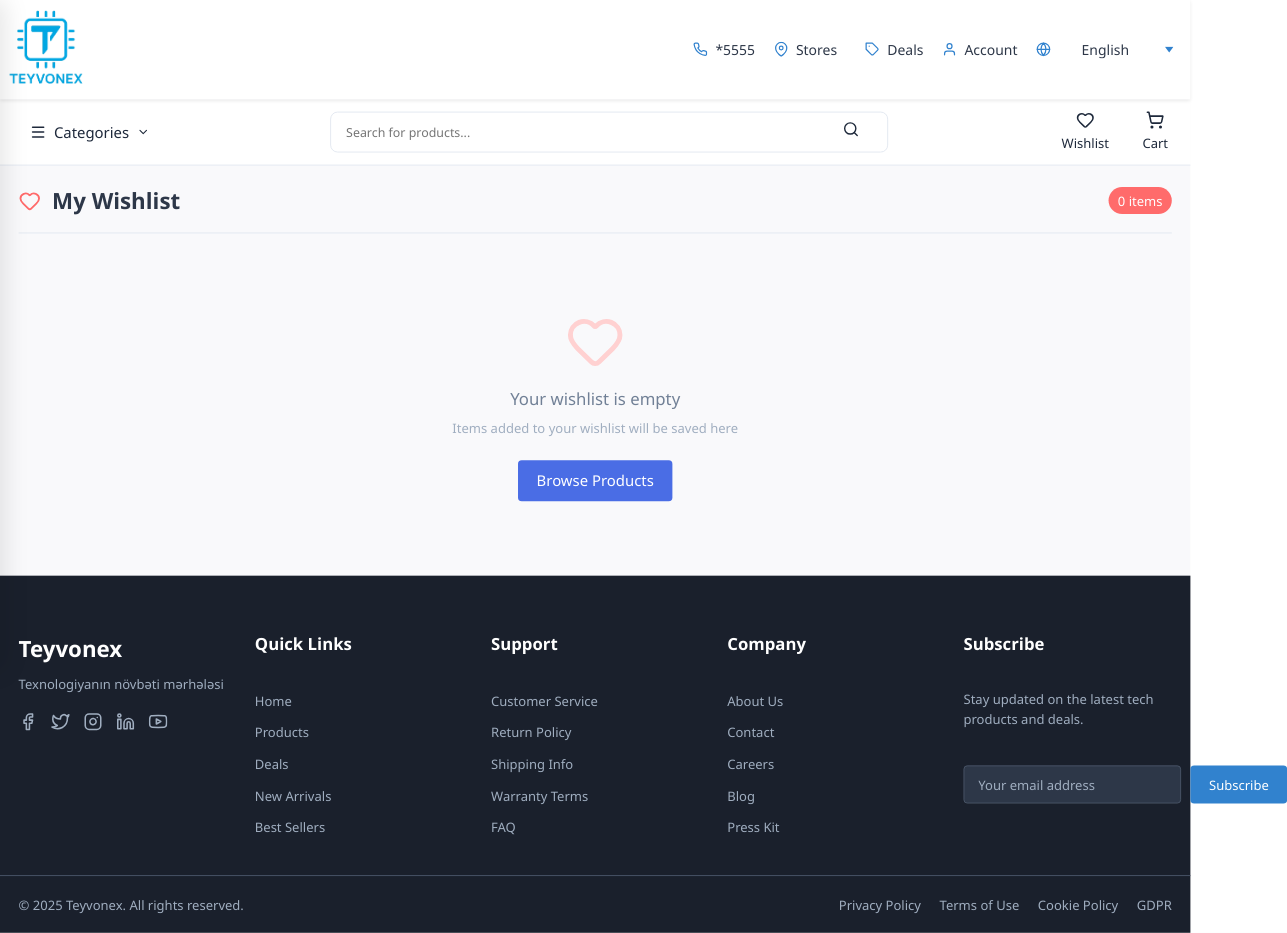
Repository: ferhadsultan98/e-commerce
Page: /wishlist
The author's editor kept a copy of each file at every save. The page is drawn from the files as they stood at one save, then again after a run of saves.
The browser window is 1280 px wide. The page is 1384 px wide, so the pictures cover 1384 px, including what lies to the right of the window. The pictures show the whole page, at 93% of full size.
The project was rebuilt for these pictures with package versions that can differ from the ones it lists, and the page was loaded fresh each time. Also part of the build but not shown: vite.config.js, src/admin/Components/AdminLogin/AdminLogin.scss, src/admin/Components/AdminLogin/AdminLogin.jsx, src/client/Pages/Products/ProductCard.jsx, src/client/Pages/Products/Products.jsx, src/client/Styles/TechSlider.scss, src/client/Pages/TechSlider/TechSlider.jsx, src/client/Styles/ProductFeatures.scss and 35 more.

Above is the page before, as saved 2025-04-26 20:02:25.

### index.html
<!doctype html>
<html lang="en">
  <head>
    <meta charset="UTF-8" />
<link rel="shortcut icon" href="/src/client/Assets/bluelogo.png" type="image/x-icon">
    <meta name="viewport" content="width=device-width, initial-scale=1.0" />
    <title>Teyvonex</title>
  </head>
  <body>
    <div id="root"></div>
    <script type="module" src="/src/main.jsx"></script>
  </body>
</html>

### src/App.jsx
import React, { useState, useEffect } from "react";
import "./App.scss";
import Router from "./Router";
import ChatWidget from "./client/Components/Chat/ChatWidget";
import ScrollButton from "./client/Components/ScrollButton/ScrollButton";
import { ToastContainer } from "react-toastify";
import 'react-toastify/dist/ReactToastify.css';

function App() {
  const [isAuthenticated, setIsAuthenticated] = useState(
    sessionStorage.getItem("isAuthenticated") === "true"
  );
  const [isAdmin, setIsAdmin] = useState(
    sessionStorage.getItem("isAdmin") === "true"
  );

  useEffect(() => {
    sessionStorage.setItem("isAuthenticated", isAuthenticated.toString());
    sessionStorage.setItem("isAdmin", isAdmin.toString());
  }, [isAuthenticated, isAdmin]);

  const handleLogin = (admin = false) => {
    setIsAuthenticated(true);
    if (admin) {
      setIsAdmin(true);
    }
  };

  const handleLogout = () => {
    setIsAuthenticated(false);
    setIsAdmin(false);
    sessionStorage.removeItem("isAuthenticated");
    sessionStorage.removeItem("isAdmin");
  };

  return (
    <>
      <Router
        isAuthenticated={isAuthenticated}
        isAdmin={isAdmin}
        handleLogin={handleLogin}
        handleLogout={handleLogout}
      />

      <ScrollButton />
      <ToastContainer />
    </>
  );
}

export default App;

### src/App.scss
*{
  margin: 0;
  padding: 0;
  box-sizing: border-box;
  font-family: 'Segoe UI', Tahoma, Geneva, Verdana, sans-serif;
}
body{
  background-color: #f5f7fa;
}

### src/client/Components/ScrollButton/ScrollButton.jsx
import React, { useState, useEffect } from "react";
import "../../Styles/ScrollButton.scss";
import { FaChevronUp } from "react-icons/fa";

const ScrollButton = () => {
  const [isVisible, setIsVisible] = useState(false);

  // Butonun görünürlüğünü kontrol et
  useEffect(() => {
    const toggleVisibility = () => {
      if (window.pageYOffset > 300) {
        setIsVisible(true);
      } else {
        setIsVisible(false);
      }
    };

    window.addEventListener("scroll", toggleVisibility);
    return () => window.removeEventListener("scroll", toggleVisibility);
  }, []);

  const scrollToTop = () => {
    const scrollStep = (timestamp) => {
      const start = performance.now();
      const duration = 800; // Animasyon süresi (ms)
      const easeInOutQuad = (t) => (t < 0.5 ? 2 * t * t : -1 + (4 - 2 * t) * t);

      const step = () => {
        const progress = Math.min((performance.now() - start) / duration, 1);
        const easing = easeInOutQuad(progress);
        window.scrollTo(0, (1 - easing) * window.pageYOffset);

        if (progress < 1) {
          requestAnimationFrame(step);
        }
      };

      requestAnimationFrame(step);
    };

    requestAnimationFrame(scrollStep);
  };

  return (
    <>
      {isVisible && (
        <button className="scroll-to-top" onClick={scrollToTop}>
          <FaChevronUp />
        </button>
      )}
    </>
  );
};

export default ScrollButton;

### src/client/Components/Layout/Layout.jsx
// Layout.jsx
import React from 'react';
import TopHeader from '../Header/TopHeader';
import BottomHeader from '../Header/BottomHeader';
import Footer from '../Footer/Footer';

const Layout = ({ children, onLogout, wishlistItems, cartItems, onAddToWishlist, onAddToCart }) => {
  return (
    <>
      <TopHeader onLogout={onLogout} />
      <BottomHeader
        wishlistItems={wishlistItems}
        cartItems={cartItems}
        onAddToWishlist={onAddToWishlist}
        onAddToCart={onAddToCart}
      />
      {children}
      <Footer />
    </>
  );
};

export default Layout;

### src/client/Pages/WishList/WishList.jsx
import React from "react";
import { ShoppingCart, Heart, Trash2, AlertCircle } from "lucide-react";
import { Link } from "react-router-dom";
import "../../Styles/WishList.scss";
import RelatedProducts from "../RelatedProducts/RelatedProducts";

const WishList = ({ wishlistItems = [], onRemoveFromWishlist, onAddToCart, onAddToWishlist, allProducts = [] }) => {
  return (
    <div className="wishlist">
      <div className="wishlist__header">
        <Heart size={24} />
        <h2 className="wishlist__title">My Wishlist</h2>
        <span className="wishlist__count">{wishlistItems.length} items</span>
      </div>

      {wishlistItems.length === 0 ? (
        <div className="wishlist__empty">
          <Heart size={64} />
          <p className="wishlist__empty-message">Your wishlist is empty</p>
          <p className="wishlist__empty-description">
            Items added to your wishlist will be saved here
          </p>
          <Link to="/products" className="wishlist__browse-products">
            Browse Products
          </Link>
        </div>
      ) : (
        <div className="wishlist__content">
          <div className="wishlist__grid">
            {wishlistItems.map((product) => (
              <div key={product.id} className="wishlist-item">
                <div className="wishlist-item__image-wrapper">
                  {product.discount > 0 && (
                    <div className="wishlist-item__discount">
                      -{product.discount}%
                    </div>
                  )}
                  <img
                    src={product.image}
                    alt={product.name}
                    className="wishlist-item__image"
                  />
                  <button
                    className="wishlist-item__remove"
                    onClick={() => onRemoveFromWishlist(product.id)}
                    aria-label="Remove from wishlist"
                  >
                    <Trash2 size={18} />
                  </button>
                </div>

                <div className="wishlist-item__content">
                  <h3 className="wishlist-item__name">{product.name}</h3>

                  <div className="wishlist-item__price-container">
                    <span className="wishlist-item__price">
                      {product.price} ₼
                    </span>
                    {product.oldPrice && (
                      <span className="wishlist-item__old-price">
                        {product.oldPrice} ₼
                      </span>
                    )}
                  </div>

                  <div className="wishlist-item__actions">
                    <button
                      className="wishlist-item__cart-btn"
                      onClick={() => onAddToCart(product)}
                    >
                      <ShoppingCart size={18} />
                      <span>Add to Cart</span>
                    </button>

                    <Link
                      to={`/product/${product.id}/features`}
                      className="wishlist-item__details-btn"
                    >
                      <AlertCircle size={18} />
                      <span>Xüsusiyyətlər</span>
                    </Link>
                  </div>
                </div>
              </div>
            ))}
          </div>
          <RelatedProducts
            items={wishlistItems}
            allProducts={allProducts}
            onAddToWishlist={onAddToWishlist}
            onAddToCart={onAddToCart}
          />
        </div>
      )}
    </div>
  );
};

export default WishList;

### src/client/Components/ScrollToTop/ScrollToTop.jsx
import { useEffect } from "react";
import { useLocation } from "react-router-dom";

function ScrollToTop() {
  const { pathname } = useLocation();

  useEffect(() => {
    window.scrollTo({
      top: "0",
      behavior: "smooth",
    });
  }, [pathname]);

  return null;
}

export default ScrollToTop;

### src/client/Components/Header/TopHeader.jsx
import React, { useState } from "react";
import { FiPhone, FiMapPin, FiTag, FiGlobe, FiUser, FiMenu, FiX } from "react-icons/fi";
import "../../Styles/TopHeader.scss"
import logo from "../../Assets/bluelogo.png";

const TopHeader = () => {
  const [language, setLanguage] = useState("en");
  const [isMobileMenuOpen, setIsMobileMenuOpen] = useState(false);

  const languages = {
    en: "English",
    az: "Azərbaycan",
    ru: "Русский",
  };

  const toggleMobileMenu = () => {
    setIsMobileMenuOpen(!isMobileMenuOpen);
  };

  return (
    <header className="header">
      <div className="headerContainer">
        {/* Logo */}
        <div className="headerLogo">
          <a href="/">
            <img src={logo} alt="TechTrend Logo" />
          </a>
        </div>

        {/* Desktop Navigation */}
        <nav className="headerNav">
          <div className="headerContact">
            <a href="tel:*5555" className="headerLink">
              <FiPhone size={16} />
              <span>*5555</span>
            </a>
            <a href="/stores" className="headerLink">
              <FiMapPin size={16} />
              <span>Stores</span>
            </a>
          </div>

          <div className="headerUtils">
            <a href="/deals" className="headerLink">
              <FiTag size={16} />
              <span>Deals</span>
            </a>
            <a href="/account" className="headerLink">
              <FiUser size={16} />
              <span>Account</span>
            </a>
            <div className="headerLanguage">
              <FiGlobe size={16} />
              <select
                value={language}
                onChange={(e) => setLanguage(e.target.value)}
              >
                {Object.entries(languages).map(([code, name]) => (
                  <option key={code} value={code}>
                    {name}
                  </option>
                ))}
              </select>
            </div>
          </div>
        </nav>

        {/* Mobile Menu Toggle */}
        <button className="headerMobileToggle" onClick={toggleMobileMenu}>
          {isMobileMenuOpen ? <FiX size={24} /> : <FiMenu size={24} />}
        </button>
      </div>

      {/* Mobile Navigation */}
      <nav className={`headerMobileNav ${isMobileMenuOpen ? "active" : ""}`}>
        <div className="headerMobileContact">
          <a href="tel:*5555" className="headerLink">
            <FiPhone size={16} />
            <span>*5555</span>
          </a>
          <a href="/stores" className="headerLink">
            <FiMapPin size={16} />
            <span>Stores</span>
          </a>
        </div>
        <div className="headerMobileUtils">
          <a href="/deals" className="headerLink">
            <FiTag size={16} />
            <span>Deals</span>
          </a>
          <a href="/account" className="headerLink">
            <FiUser size={16} />
            <span>Account</span>
          </a>
          <div className="headerLanguage">
            <FiGlobe size={16} />
            <select
              value={language}
              onChange={(e) => setLanguage(e.target.value)}
            >
              {Object.entries(languages).map(([code, name]) => (
                <option key={code} value={code}>
                  {name}
                </option>
              ))}
            </select>
          </div>
        </div>
      </nav>
    </header>
  );
};

export default TopHeader;

### src/client/Styles/WishList.scss
// WishList.scss

// Variables
$primary-color: #4a6de5;
$primary-hover: #3a5bd4;
$secondary-color: #f8f9fa;
$accent-color: #ff6b6b;
$text-color: #2d3748;
$border-color: #e2e8f0;
$card-shadow: 0 4px 12px rgba(0, 0, 0, 0.08);
$border-radius: 10px;

.wishlist {
  width: 100%;
  margin: 0 auto;
  max-width: 1420px;
  padding: 20px;
  max-height: 80vh;
  font-family: "Segoe UI", Tahoma, Geneva, Verdana, sans-serif;
  color: $text-color;

  &__header {
    display: flex;
    align-items: center;
    margin-bottom: 24px;
    padding-bottom: 16px;
    border-bottom: 1px solid $border-color;

    svg {
      color: $accent-color;
      margin-right: 12px;
    }
  }

  &__title {
    font-size: 24px;
    font-weight: 600;
    margin: 0;
    flex-grow: 1;
  }

  &__count {
    background-color: $accent-color;
    color: white;
    font-size: 14px;
    font-weight: 500;
    padding: 4px 10px;
    border-radius: 16px;
  }

  &__empty {
    display: flex;
    flex-direction: column;
    align-items: center;
    justify-content: center;
    padding: 60px 0;
    text-align: center;

    svg {
      color: lighten($accent-color, 20%);
      margin-bottom: 16px;
    }
  }

  &__empty-message {
    font-size: 18px;
    font-weight: 500;
    color: #718096;
    margin-bottom: 8px;
  }

  &__empty-description {
    font-size: 14px;
    color: #a0aec0;
    margin-bottom: 24px;
  }

  &__browse-products {
    display: inline-block;
    padding: 10px 20px;
    background-color: $primary-color;
    color: white;
    font-weight: 500;
    text-decoration: none;
    border-radius: 4px;
    transition: background-color 0.2s;

    &:hover {
      background-color: $primary-hover;
    }
  }

  &__content {
    width: 100%;
  }

  &__grid {
    display: grid;
    grid-template-columns: repeat(1, 1fr);
    gap: 20px;

    @media (min-width: 576px) {
      grid-template-columns: repeat(2, 1fr);
    }

    @media (min-width: 992px) {
      grid-template-columns: repeat(3, 1fr);
    }

    @media (min-width: 1200px) {
      grid-template-columns: repeat(4, 1fr);
    }
  }
}

.wishlist-item {
  position: relative;
  background-color: white;
  border-radius: $border-radius;
  overflow: hidden;
  box-shadow: $card-shadow;
  transition: transform 0.2s, box-shadow 0.2s;
  height: 100%;
  display: flex;
  flex-direction: column;

  &:hover {
    transform: translateY(-5px);
    box-shadow: 0 8px 24px rgba(0, 0, 0, 0.12);

    .wishlist-item__remove {
      opacity: 1;
    }
  }

  &__image-wrapper {
    position: relative;
    padding-top: 100%;
    background-color: $secondary-color;
    overflow: hidden;
  }

  &__image {
    position: absolute;
    top: 0;
    left: 0;
    width: 100%;
    height: 100%;
    object-fit: contain;
    padding: 16px;
    transition: transform 0.3s;

    &:hover {
      transform: scale(1.05);
    }
  }

  &__discount {
    position: absolute;
    top: 12px;
    left: 12px;
    background-color: $accent-color;
    color: white;
    font-size: 12px;
    font-weight: 600;
    padding: 4px 8px;
    border-radius: 4px;
    z-index: 1;
  }

  &__remove {
    position: absolute;
    top: 12px;
    right: 12px;
    width: 32px;
    height: 32px;
    display: flex;
    align-items: center;
    justify-content: center;
    background-color: white;
    border-radius: 50%;
    border: none;
    cursor: pointer;
    opacity: 0;
    transition: opacity 0.2s, background-color 0.2s;
    z-index: 2;

    &:hover {
      background-color: $accent-color;

      svg {
        color: white;
      }
    }

    svg {
      color: $accent-color;
      transition: color 0.2s;
    }
  }

  &__content {
    padding: 16px;
    display: flex;
    flex-direction: column;
    flex-grow: 1;
  }

  &__name {
    font-size: 16px;
    font-weight: 600;
    margin: 0 0 12px 0;
    line-height: 1.4;
    display: -webkit-box;
    -webkit-line-clamp: 2;
    -webkit-box-orient: vertical;
    overflow: hidden;
    text-overflow: ellipsis;
    height: 45px;
  }

  &__price-container {
    display: flex;
    align-items: center;
    gap: 8px;
    margin-bottom: 16px;
  }

  &__price {
    font-size: 18px;
    font-weight: 600;
    color: $text-color;
  }

  &__old-price {
    font-size: 14px;
    text-decoration: line-through;
    color: #a0aec0;
  }

  &__actions {
    margin-top: auto;
    display: flex;
    flex-direction: column;
    gap: 8px;
  }

  &__cart-btn,
  &__details-btn {
    display: flex;
    align-items: center;
    justify-content: center;
    gap: 8px;
    padding: 10px;
    border-radius: 6px;
    font-size: 14px;
    font-weight: 500;
    transition: background-color 0.2s;
    text-decoration: none;
    width: 100%;
  }

  &__cart-btn {
    background-color: $primary-color;
    color: white;
    border: none;
    cursor: pointer;

    &:hover {
      background-color: $primary-hover;
    }
  }

  &__details-btn {
    background-color: $secondary-color;
    color: $text-color;
    border: 1px solid $border-color;

    &:hover {
      background-color: darken($secondary-color, 5%);
    }
  }
}
.related-products {
  margin-top: 2rem;
}
.related-products__title {
  font-size: 1.5rem;
  font-weight: bold;
  margin-bottom: 1rem;
}
.related-products__grid {
  display: grid;
  grid-template-columns: repeat(auto-fill, minmax(250px, 1fr));
  gap: 1rem;
}

### src/admin/Components/AdminLayout/AdminLayout.scss
// AdminLayout.scss
@import url("https://fonts.googleapis.com/css2?family=Poppins:wght@300;400;500;600;700&display=swap");
@import url("https://fonts.googleapis.com/icon?family=Material+Icons");

// Değişkenler
$primary-color: #3366ff;
$background-color: #f5f7fb;
$transition: all 0.3s ease;
$sidebar-width: 260px;
$sidebar-closed-width: 70px;

.admin-layout {
  display: flex;
  height: 100vh;
  position: relative;
}

.content-area {
  flex: 1;
  margin-left: $sidebar-width;
  transition: $transition;
  overflow-y: auto;
  padding: 20px;

  &.expanded {
    margin-left: $sidebar-closed-width;
  }
}

@media (max-width: 992px) {
  .content-area {
    margin-left: $sidebar-closed-width;

    &.expanded {
      margin-left: 0;
    }
  }
}

### src/client/Styles/TopHeader.scss
.header {
  width: 100%;
  top: 0;
  background-color: #ffffff;
  box-shadow: 0 2px 4px rgba(0, 0, 0, 0.1);
  position: relative;
}

.headerContainer {
  max-width: 1420px;
  margin: 0 auto;
  padding: 10px;
  display: flex;
  align-items: center;
  justify-content: space-between;
}

.headerLogo {
  display: flex;
  align-items: center;
  width: 80px;

  a {
    display: block;
  }

  img {
    width: 100%;
    height: auto;
    padding: 0;
  }
}

.headerNav {
  display: flex;
  align-items: center;
  gap: 30px;

  @media screen and (max-width: 992px) {
    display: none;
  }
}

.headerContact,
.headerUtils,
.headerMobileContact,
.headerMobileUtils {
  display: flex;
  align-items: center;
  gap: 20px;
}

.headerLink {
  display: flex;
  align-items: center;
  gap: 8px;
  color: #2d3748;
  text-decoration: none;
  font-size: 15px;
  font-weight: 500;
  transition: color 0.3s ease;

  svg {
    color: #3182ce;
  }

  &:hover {
    color: #3182ce;
  }
}

.headerLanguage {
  display: flex;
  align-items: center;
  gap: 8px;
  position: relative;

  svg {
    color: #3182ce;
    z-index: 1;
  }

  select {
    appearance: none;
    background-color: transparent;
    border: none;
    padding: 5px 25px 5px 25px;
    font-size: 15px;
    font-weight: 500;
    color: #2d3748;
    cursor: pointer;
    outline: none;

    &:focus {
      color: #3182ce;
    }
  }

  &::after {
    content: "";
    width: 0.6em;
    height: 0.4em;
    background-color: #3182ce;
    clip-path: polygon(100% 0%, 0 0%, 50% 100%);
    position: absolute;
    right: 8px;
    pointer-events: none;
  }
}

.headerMobileToggle {
  display: none;
  background: none;
  border: none;
  cursor: pointer;
  color: #2d3748;

  @media screen and (max-width: 992px) {
    display: block;
  }
}

.headerMobileNav {
  display: flex;
  opacity: 0;
  transform: translateY(-20px);
  pointer-events: none;
  background-color: #ffffff;
  padding: 20px;
  flex-direction: column;
  gap: 20px;
  box-shadow: 0 4px 6px rgba(0, 0, 0, 0.1);
  transition: opacity 0.3s ease, transform 0.3s ease;
  position: absolute;
  top: 100%;
  left: 0;
  right: 0;
  z-index: 1000;

  &.active {
    opacity: 1;
    transform: translateY(0);
    pointer-events: auto;
  }

  @media screen and (min-width: 993px) {
    display: none;
  }
}

/* Responsive Styles */
@media screen and (max-width: 768px) {
  .headerContainer {
    padding: 10px 15px;
  }

  .headerLogo img {
    width: 50px;
  }

  .headerMobileNav {
    padding: 15px;
  }

  .headerLink {
    font-size: 14px;
  }
}

@media screen and (max-width: 576px) {
  .headerLogo img {
    width: 45px;
  }

  .headerMobileContact,
  .headerMobileUtils {
    flex-direction: column;
    align-items: flex-start;
    gap: 15px;
  }

  .headerLink {
    font-size: 13px;
  }

  .headerLanguage select {
    font-size: 13px;
  }
}

Loaded but not shown: src/main.jsx (common file); src/index.css (common file); src/client/Pages/Products/Products.json (1077 lines, source omitted); src/client/Styles/BottomHeader.scss (493 lines, source omitted); src/client/Components/Header/BottomHeader.jsx (274 lines, source omitted); src/Router.jsx (292 lines, source omitted); src/client/Styles/Products.scss (474 lines, source omitted); src/admin/Pages/AdminProducts/AdminProducts.scss (400 lines, source omitted); src/client/Components/Footer/Footer.jsx (176 lines, source omitted); src/client/Styles/Footer.scss (254 lines, source omitted)

After the next 2 saves:
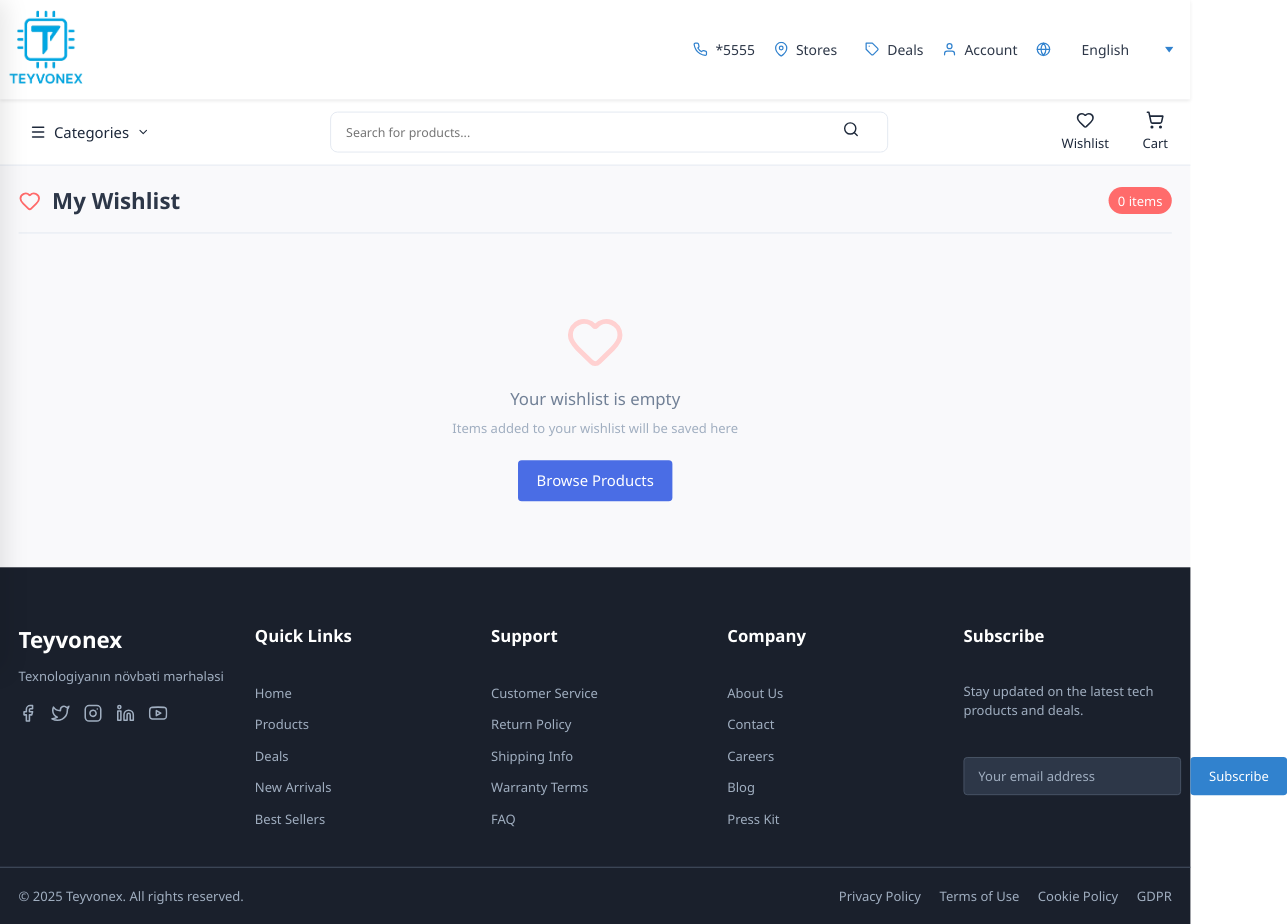
The 2 saves are shown as one change because they came seconds apart.
The last was saved 10 s later.
--- a/src/client/Styles/WishList.scss
+++ b/src/client/Styles/WishList.scss
@@ -15,7 +15,7 @@ $border-radius: 10px;
   margin: 0 auto;
   max-width: 1420px;
   padding: 20px;
-  max-height: 80vh;
+  height: 60vh;
   font-family: "Segoe UI", Tahoma, Geneva, Verdana, sans-serif;
   color: $text-color;
 
